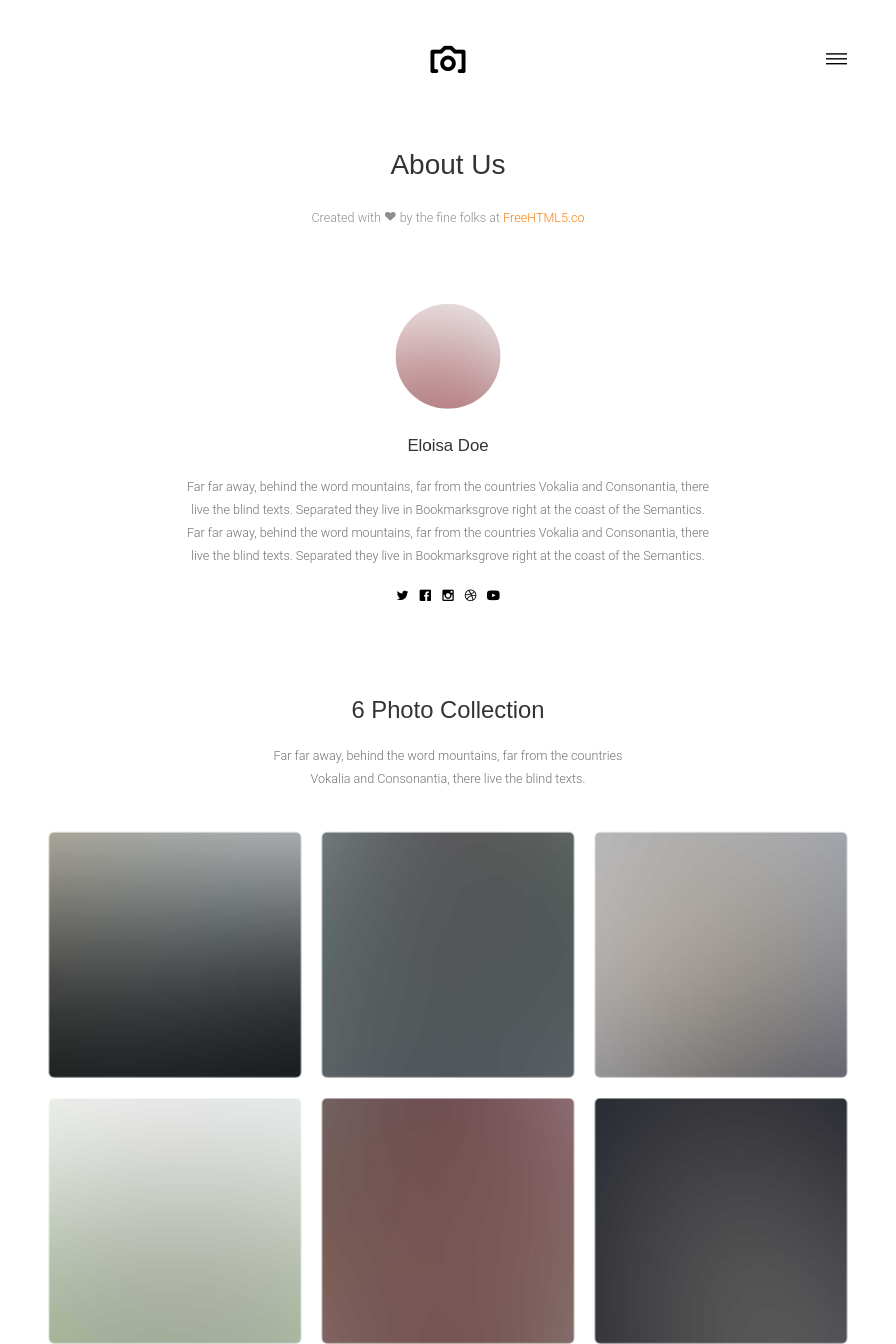
Repository: 0phis/ophis
Page: http://localhost/about
The author's editor kept a copy of each file at every save. The page is drawn from the files as they stood at one save, then again after the next save.
The browser window is 1280 px wide. The pictures show the part of the page from y = 0 to 1920 px (the page is 2744 px tall before and 2685 px after), at 70% of full size.
The page is served by the project's Node server (app.js). Other server files are loaded and not shown.

Above is the page before, as saved 2017-12-15 10:15:57.

### views/about.ejs
<!DOCTYPE html>

<html class="no-js">
	<head>
	<meta charset="utf-8">
	<meta http-equiv="X-UA-Compatible" content="IE=edge">
	<title>Focus</title>
	<!-- Place favicon.ico and apple-touch-icon.png in the root directory -->
	<link rel="shortcut icon" href="favicon.ico">

	<!-- Animate.css -->
	<link rel="stylesheet" href="/stylesheets/animate.css">
	<!-- Icomoon Icon Fonts-->
	<link rel="stylesheet" href="/stylesheets/icomoon.css">
	<!-- Bootstrap  -->
	<link rel="stylesheet" href="/stylesheets/bootstrap.css">

	<link rel="stylesheet" href="/stylesheets/style.css">

	<!-- Modernizr JS -->
	<script src="/javascripts/modernizr-2.6.2.min.js"></script>

	</head>
	<body>

	<nav id="fh5co-main-nav" role="navigation">
		<a href="#" class="js-fh5co-nav-toggle fh5co-nav-toggle active"><i></i></a>
		<div class="js-fullheight fh5co-table">
			<div class="fh5co-table-cell js-fullheight">
				<ul>
					<li><a href="index">Home</a></li>
					<li><a href="gallery">Gallery</a></li>
					<li class="active"><a href="/about">About</a></li>
				</ul>
			</div>
		</div>
	</nav>

	<div id="fh5co-page">
		<header>
			<div class="container">
				<div class="fh5co-navbar-brand">
					<h1 class="text-center"><a class="fh5co-logo" href="index"><i class="icon-camera2"></i></a></h1>
					<a href="#" class="js-fh5co-nav-toggle fh5co-nav-toggle"><i></i></a>
				</div>
			</div>
		</header>
		<div id="fh5co-intro-section">
			<div class="container">
				<div class="row">
					<div class="col-md-8 col-md-offset-2 text-center animate-box">
						<h2 class="intro-heading">About Us</h2>
						<p><span>Created with <i class="icon-heart3"></i> by the fine folks at <a href="http://freehtml5.co">FreeHTML5.co</a></span></p>
					</div>
				</div>
			</div>
		</div>
		<div id="fh5co-about-section">
			<div class="container">
				<div class="row">
					<div class="col-md-8 col-md-offset-2 text-center animate-box">
						<div class="about">
							<img src="/images/author.jpg" alt="">
						</div>
						<div class="desc">
							<h3>Eloisa Doe</h3>
							<p>Far far away, behind the word mountains, far from the countries Vokalia and Consonantia, there live the blind texts. Separated they live in Bookmarksgrove right at the coast of the Semantics. Far far away, behind the word mountains, far from the countries Vokalia and Consonantia, there live the blind texts. Separated they live in Bookmarksgrove right at the coast of the Semantics.</p>
							<p class="fh5co-social-icon">
								<a href="#"><i class="icon-twitter2"></i></a>
								<a href="#"><i class="icon-facebook2"></i></a>
								<a href="#"><i class="icon-instagram"></i></a>
								<a href="#"><i class="icon-dribbble2"></i></a>
								<a href="#"><i class="icon-youtube"></i></a>
							</p>
						</div>
					</div>
				</div>
			</div>
		</div>
		<div id="fh5co-photos-section">
			<div class="container">
				<div class="row">
					<div class="col-md-6 col-md-offset-3 text-center animate-box">
						<div class="heading-section">
							<h2>6 Photo Collection</h2>
							<p>Far far away, behind the word mountains, far from the countries Vokalia and Consonantia, there live the blind texts.</p>
						</div>
					</div>
				</div>
				<div class="row text-center">
					<div class="col-md-4 animate-box">
						<a href="#" class="grid-photo" style="background-image: url(images/pic7.jpg);">
							<div class="desc">
								<h3>Camera</h3>
								<span>12 Photos</span>
							</div>
						</a>
					</div>
					<div class="col-md-4 animate-box">
						<a href="#" class="grid-photo" style="background-image: url(images/pic8.jpg);">
							<div class="desc">
								<h3>Wedding</h3>
								<span>100 Photos</span>
							</div>
						</a>
					</div>
					<div class="col-md-4 animate-box">
						<a href="#" class="grid-photo" style="background-image: url(images/pic12.jpg);">
							<div class="desc">
								<h3>Drinks</h3>
								<span>45 Photos</span>
							</div>
						</a>
					</div>
					<div class="col-md-4 animate-box">
						<a href="#" class="grid-photo" style="background-image: url(images/pic9.jpg);">
							<div class="desc">
								<h3>Camera</h3>
								<span>12 Photos</span>
							</div>
						</a>
					</div>
					<div class="col-md-4 animate-box">
						<a href="#" class="grid-photo" style="background-image: url(images/pic14.jpg);">
							<div class="desc">
								<h3>Wedding</h3>
								<span>100 Photos</span>
							</div>
						</a>
					</div>
					<div class="col-md-4 animate-box">
						<a href="#" class="grid-photo" style="background-image: url(images/pic11.jpg);">
							<div class="desc">
								<h3>Drinks</h3>
								<span>45 Photos</span>
							</div>
						</a>
					</div>
				</div>
			</div>
		</div>
		<footer>
			<div id="footer">
				<div class="container">
					<div class="row">
						<div class="col-md-3">
							<h3 class="section-title">Focus</h3>
							<p>Far far away, behind the word mountains, far from the countries Vokalia and Consonantia, there live the blind texts. Separated they live in Bookmarksgrove right at the coast of the Semantics.</p>
						</div>

						<div class="col-md-3">
							<h3 class="section-title">Our Services</h3>
							<ul>
								<li><a href="#">Videos</a></li>
								<li><a href="#">Photography</a></li>
								<li><a href="#">Editing Photos</a></li>
								<li><a href="#">Newsletter</a></li>
								<li><a href="#">API</a></li>
								<li><a href="#">FAQ / Contact</a></li>
							</ul>
						</div>

						<div class="col-md-4">
							<h3 class="section-title">Photos</h3>
							<ul class="float">
								<li><a href="#">Natures</a></li>
								<li><a href="#">Adventure</a></li>
								<li><a href="#">Wedding</a></li>
								<li><a href="#">Food &amp; Drinks</a></li>
								<li><a href="#">Animals</a></li>
								<li><a href="#">Cars</a></li>
							</ul>
							<ul class="float">
								<li><a href="#">Architecture</a></li>
								<li><a href="#">Wallpaper Car</a></li>
								<li><a href="#">Business</a></li>
								<li><a href="#">Lanscape</a></li>
								<li><a href="#">Environment</a></li>
								<li><a href="#">Climate</a></li>
							</ul>
						</div>
						<div class="col-md-2">
							<h3 class="section-title">Information</h3>
							<ul>
								<li><a href="#">Terms &amp; Condition</a></li>
								<li><a href="#">License</a></li>
								<li><a href="#">Privacy &amp; Policy</a></li>
								<li><a href="#">Contact Us</a></li>
							</ul>
						</div>
					</div>
					<div class="row copy-right">
						<div class="col-md-6 col-md-offset-3 text-center">
							<p class="fh5co-social-icon">
								<a href="#"><i class="icon-twitter2"></i></a>
								<a href="#"><i class="icon-facebook2"></i></a>
								<a href="#"><i class="icon-instagram"></i></a>
								<a href="#"><i class="icon-dribbble2"></i></a>
								<a href="#"><i class="icon-youtube"></i></a>
							</p>
							<p>Copyright 2016 Free Html5 <a href="#">Focus</a>. All Rights Reserved. <br>Made with <i class="icon-heart3"></i> by <a href="http://freehtml5.co/" target="_blank">Freehtml5.co</a> / Demo Images: <a href="https://unsplash.com/" target="_blank">Unsplash </a></p>
						</div>
					</div>
				</div>
			</div>
		</footer>

	</div>

	<!-- jQuery -->
	<script src="/javascripts/jquery.min.js"></script>
	<!-- jQuery Easing -->
	<script src="/javascripts/jquery.easing.1.3.js"></script>
	<!-- Bootstrap -->
	<script src="/javascripts/bootstrap.min.js"></script>
	<!-- Waypoints -->
	<script src="/javascripts/jquery.waypoints.min.js"></script>
	<!-- Counters -->
	<script src="/javascripts/jquery.countTo.js"></script>

	<!-- Main JS (Do not remove) -->
	<script src="/javascripts/main.js"></script>

	</body>
</html>

Loaded but not shown: public/stylesheets/animate.css (library); public/stylesheets/icomoon.css (common file); public/stylesheets/bootstrap.css (library); public/javascripts/modernizr-2.6.2.min.js (library); public/javascripts/jquery.min.js (library); public/javascripts/jquery.easing.1.3.js (library); public/javascripts/bootstrap.min.js (library); public/javascripts/jquery.waypoints.min.js (library); public/javascripts/jquery.countTo.js (library); public/javascripts/main.js (131 lines, source omitted); app.js (46 lines, source omitted); routes/index.js (14 lines, source omitted); public/stylesheets/style.css (775 lines, source omitted)

After the next save:
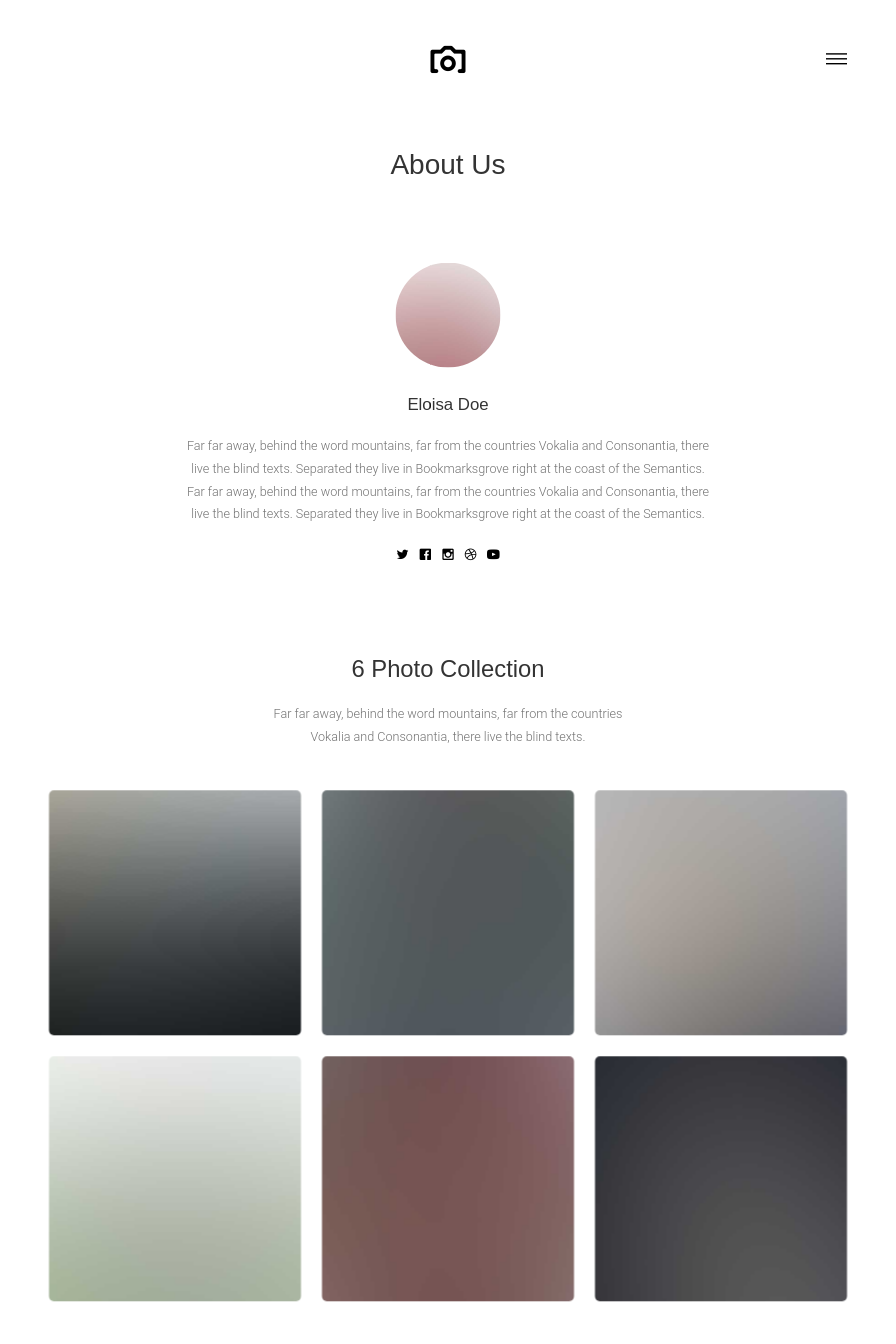
Saved 10 s later.
--- a/views/about.ejs
+++ b/views/about.ejs
@@ -50,7 +50,6 @@
 				<div class="row">
 					<div class="col-md-8 col-md-offset-2 text-center animate-box">
 						<h2 class="intro-heading">About Us</h2>
-						<p><span>Created with <i class="icon-heart3"></i> by the fine folks at <a href="http://freehtml5.co">FreeHTML5.co</a></span></p>
 					</div>
 				</div>
 			</div>
